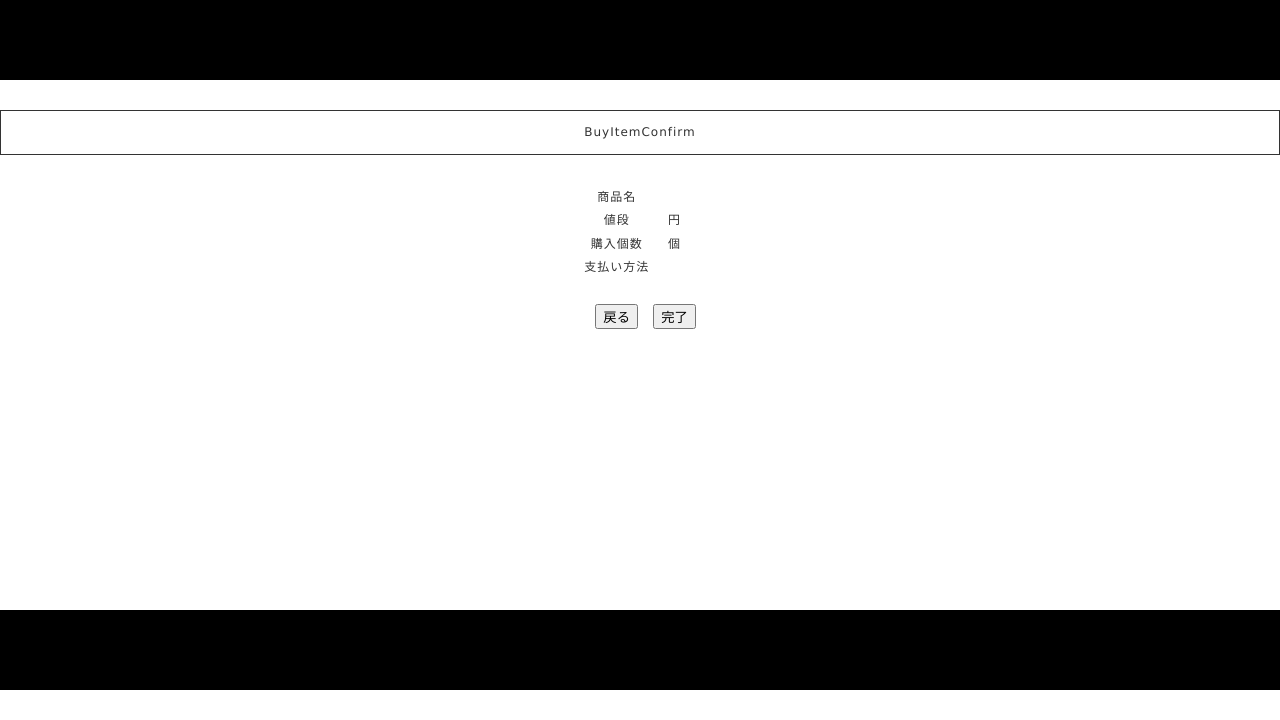
Repository: hirose0320/test
Page: http://localhost/ecsite/buyItemConfirm.jsp
These files come from the project's save history. The page is drawn as it stood at one moment and after the next save; the edit follows.
The browser window is 1280 px wide. The pictures show the whole page.
The page is served by Tomcat 9. Other server files are loaded and not shown.

Above is the page before, as saved 2019-02-28 02:05:01.

### ecsite/WebContent/buyItemConfirm.jsp
<%@ page language="java" contentType="text/html; charset=UTF-8"
	pageEncoding="UTF-8"%>
<%@ taglib prefix="s" uri="/struts-tags"%>
<!DOCTYPE html>
<html>
<head>
<meta http-equiv="Content-Type" content="text/html; charset=UTF-8" />
<meta http-equiv="Content-Style-Type" content="text/css" />
<meta http-equiv="Content-Script-Type" content="text/javascript" />
<meta http-equiv="imagetoolbar" content="no" />
<meta name="description" content="" />
<meta name="keywords" content="" />
<title>BuyItemConfirm画面</title>

<style type="text/css">
body {
	margin: 0;
	padding: 0;
	line-height: 1.6;
	letter-spacing: 1px;
	font-family: Verdana, Helvetica, sans-serif;
	font-size: 12px;
	color: #333;
	background: #fff;
}

table {
	text-align: center;
	margin: 0 auto;
}

#top {
	width: 780ox;
	margin: 30px auto;
	border: 1px solid #333;
}

#header {
	width: 100%;
	height: 80px;
	background-color: black;
}

#main {
	width: 100%;
	height: 500px;
	text-align: center;
}

#footer {
	width: 100%;
	height: 80px;
	background-color: black;
	clear: both;
}
</style>
<script type="text/javascript">
	function submitAction(url) {
		$('form').attr('action', url);
		$('form').submot();
	}
</script>

</head>
<body>
	<div id="header">
		<div id="pr"></div>
	</div>
	<div id="main">
		<div id="top">
			<p>BuyItemConfirm</p>
		</div>
		<div>

			<s:form>
				<tr>
					<td>商品名</td>
					<td><s:property value="session.buyItem_name" /></td>
				</tr>
				<tr>
					<td>値段</td>
					<td><s:property value="session.buyItem_price" /> <span>円</span></td>
				</tr>
				<tr>
					<td>購入個数</td>
					<td><s:property value="session.count" /><span>個</span></td>
				</tr>
				<tr>
					<td>支払い方法</td>
					<td><s:property value="session.pay" /></td>
				</tr>
				<tr>
					<td><br></td>
				</tr>
				<tr>
					<td><input type="button" value="戻る"
						onclick='submitAction("HomeAction")' /></td>
					<td><input type="button" value="完了"
						onclick='submitAction("GoHomeAction")' /></td>

				</tr>
			</s:form>

		</div>
	</div>
	<div id="footer">
		<div id="pr"></div>
	</div>
</body>
</html>

After the next save:
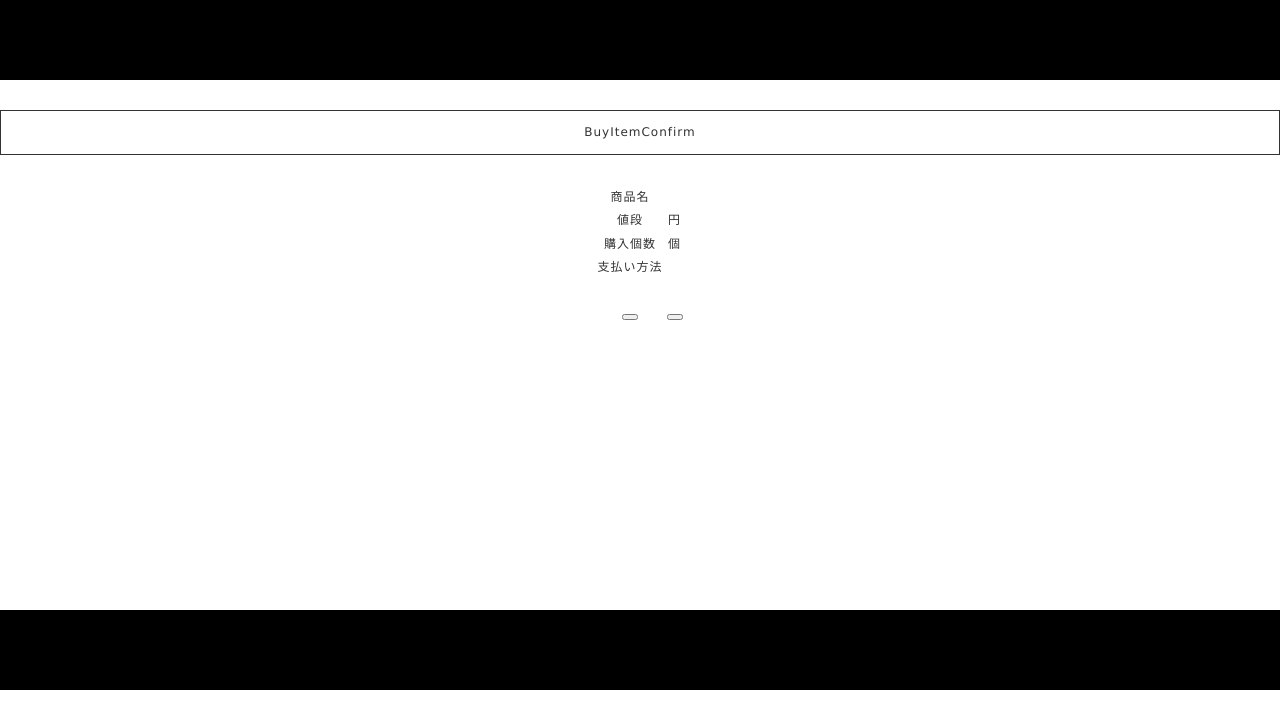
Saved 2 min 27 s later.
--- a/ecsite/WebContent/buyItemConfirm.jsp
+++ b/ecsite/WebContent/buyItemConfirm.jsp
@@ -93,10 +93,10 @@
 					<td><br></td>
 				</tr>
 				<tr>
-					<td><input type="button" value="戻る"
-						onclick='submitAction("HomeAction")' /></td>
-					<td><input type="button" value="完了"
-						onclick='submitAction("GoHomeAction")' /></td>
+					<td><button type="submit" value="戻る"
+						onclick="submitAction('HomeAction')"></button></td>
+					<td><button type="submit" value="完了"
+						onclick="submitAction('GoHomeAction')"></button></td>
 
 				</tr>
 			</s:form>

After the save that followed:
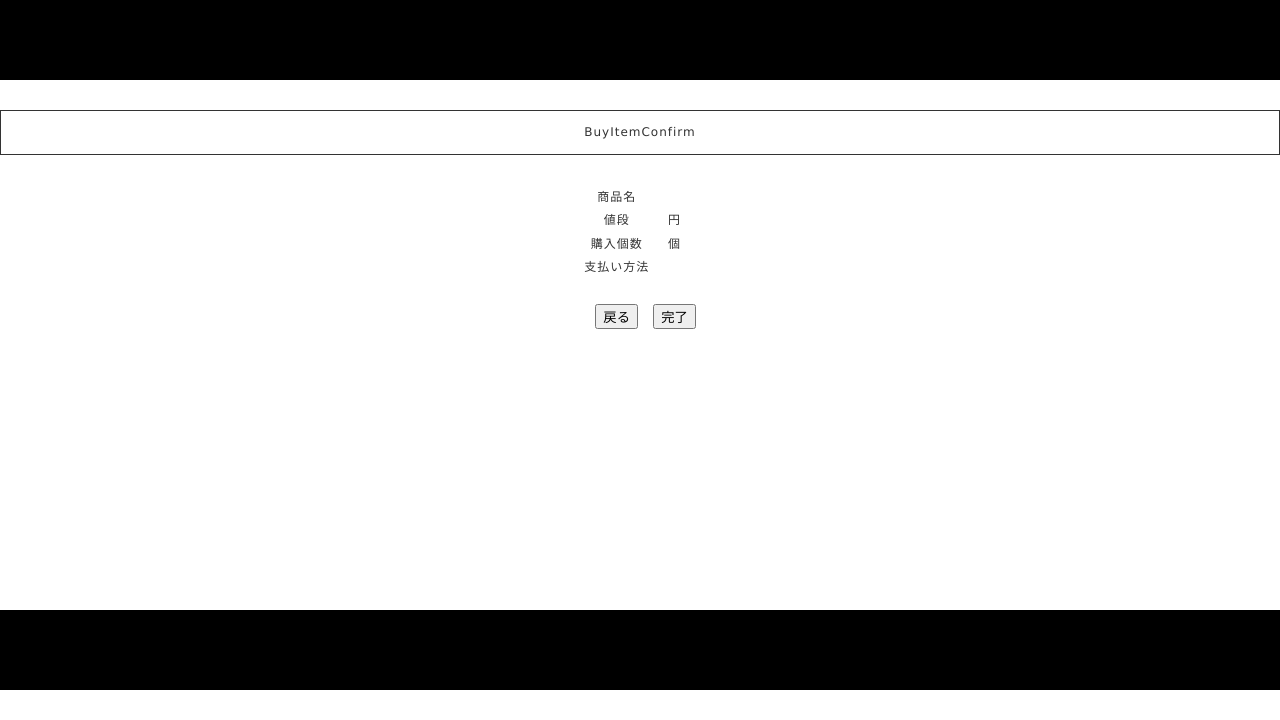
Saved 5 min 34 s later.
--- a/ecsite/WebContent/buyItemConfirm.jsp
+++ b/ecsite/WebContent/buyItemConfirm.jsp
@@ -93,10 +93,10 @@
 					<td><br></td>
 				</tr>
 				<tr>
-					<td><button type="submit" value="戻る"
-						onclick="submitAction('HomeAction')"></button></td>
-					<td><button type="submit" value="完了"
-						onclick="submitAction('GoHomeAction')"></button></td>
+					<td><input type="button" value="戻る"
+						onclick="submitAction('HomeAction')" /></td>
+					<td><input type="button" value="完了"
+						onclick="submitAction('GoHomeAction')" /></td>
 
 				</tr>
 			</s:form>
